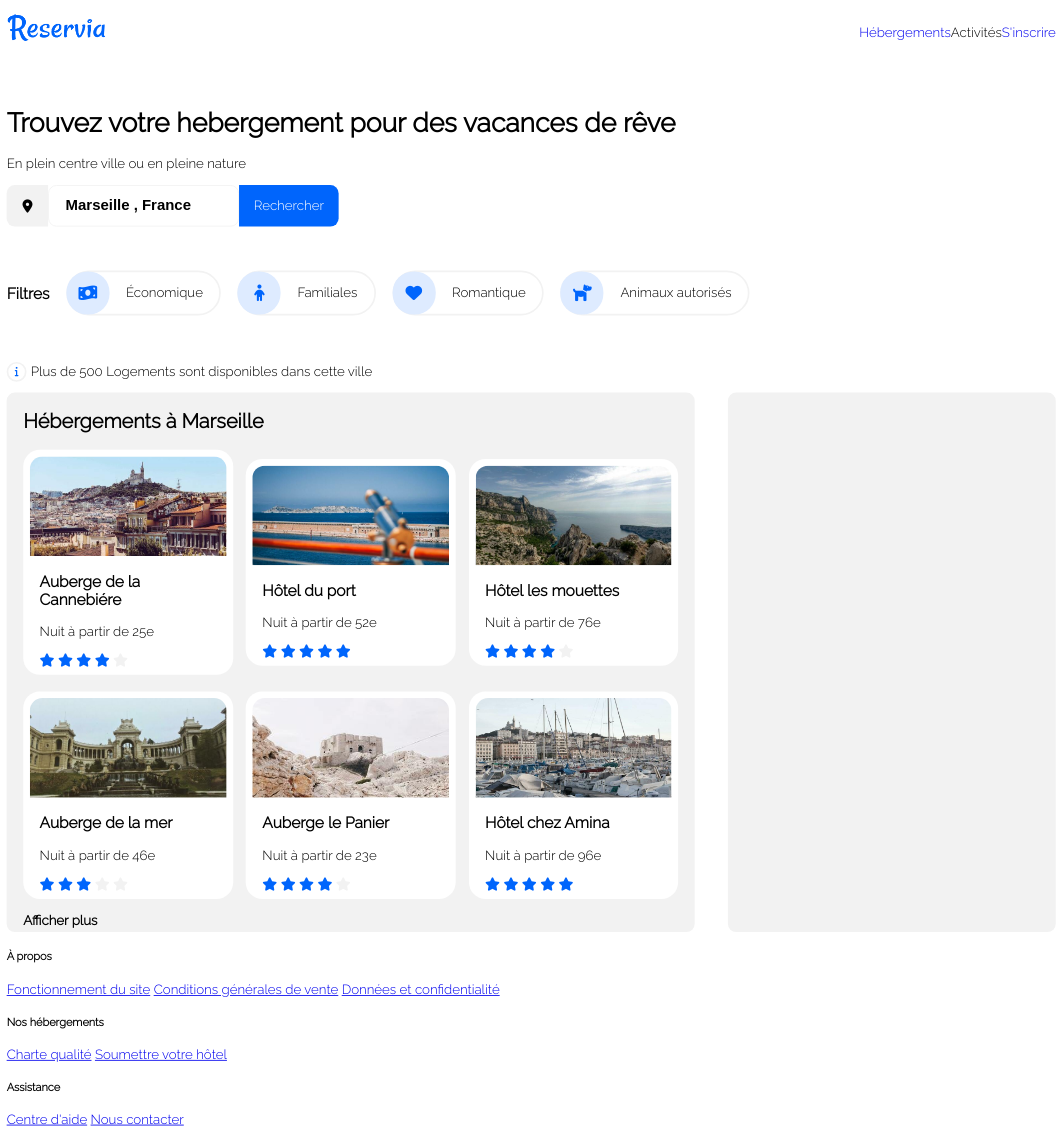
Repository: jaydeeonghub/DYLANBARBARISI_2_16062021
Page: index.html
These files come from the project's save history. The page is drawn as it stood at one moment and after the next save; the edit follows.
The browser window is 1280 px wide. The pictures show the whole page, at 83% of full size.
Some web libraries are served in a nearby version.

Above is the page before, as saved 2021-07-14 18:59:48.

After the next save:
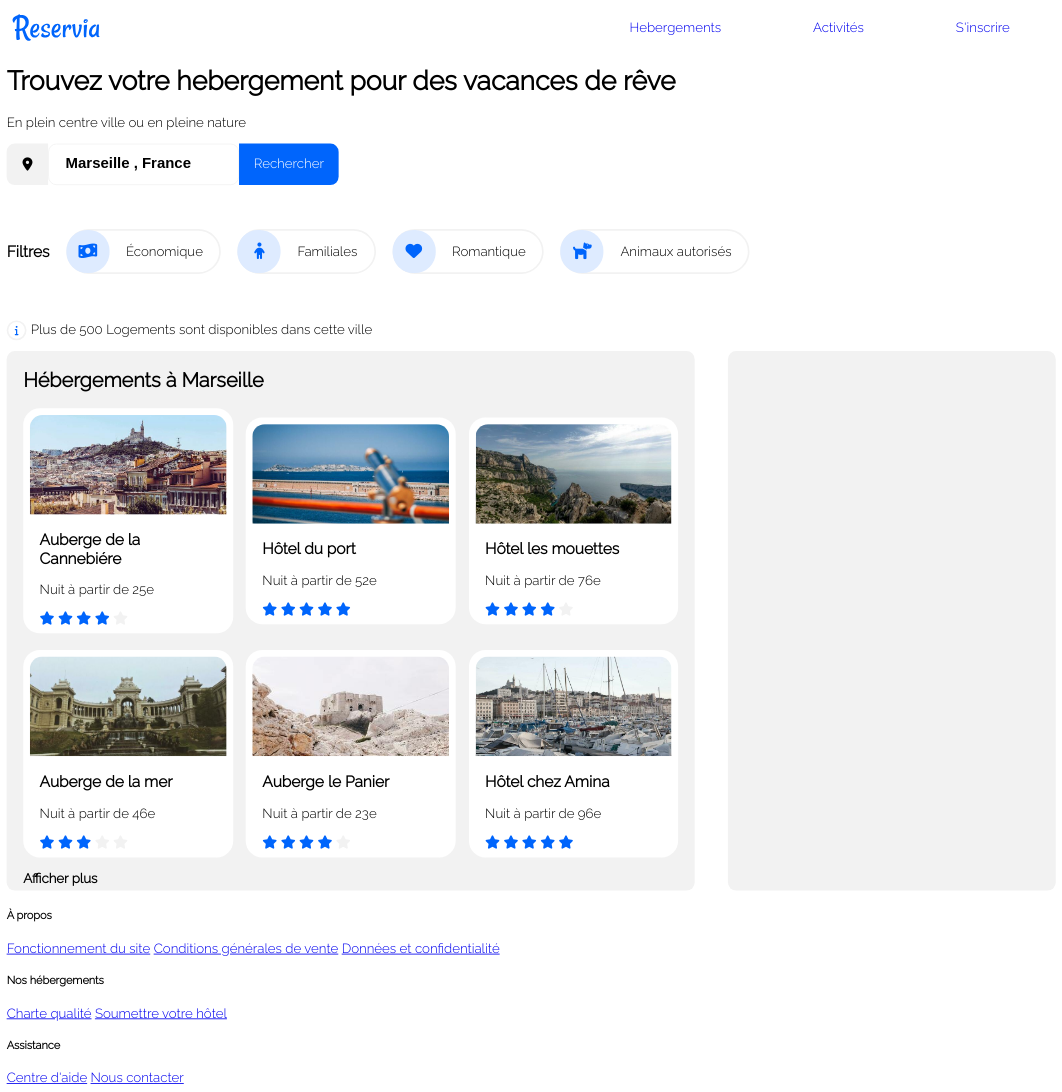
Saved 106 s later.
--- a/index.html
+++ b/index.html
@@ -13,30 +13,18 @@
 </head>
 <body>
   <header>
-    <nav class="sizeNav">
-      <div class="flexBetween">
-        <div>
-          <img
-            class="marglogo"
-            src="./Assets/Logo/Reservia@3x.png"
-            alt="Logo Reservia"
-            width="120px"
-            height="50px"
-          />
-        </div>
-        <div class="sizeLiens flexAround">
-          <div class="sizeLien flexCentre bordureNav">
-            <a class="colorLien13 decorationNone" href="#">Hébergements</a>
-          </div>
-          <div class="sizeLien flexCentre bordureNav23">
-            <a class="colorLien2 decorationNone" href="#">Activités</a>
-          </div>
-          <div class="sizeLien flexCentre bordureNav23">
-            <a class="colorLien13 decorationNone" href="#">S'inscrire</a>
-          </div>
-        </div>
-      </div>
-    </nav>
+    <div class="Barre_de_navigation"> <!--Barre de navigation-->
+        <img src="Assets/Logo/Reservia@3x.png"
+             alt="Logo Reservia Responsive"
+             srcset="Assets/Logo/Reservia.svg"
+             width="120px"
+             height="50px"
+        />
+<div class="LiensNav flexAround">
+        <div><a class="LiensColor1 decorationNone" href="#Hebergements">Hebergements</a></div>
+        <div><a class="LiensColor2 decorationNone" href="#Activités">Activités</a></div>
+        <div><a class="LiensColor1 decorationNone" href="#S'inscrire">S'inscrire</a></div>
+    </div>
     </header>
 <main>
     <h1 class="texteGras">
